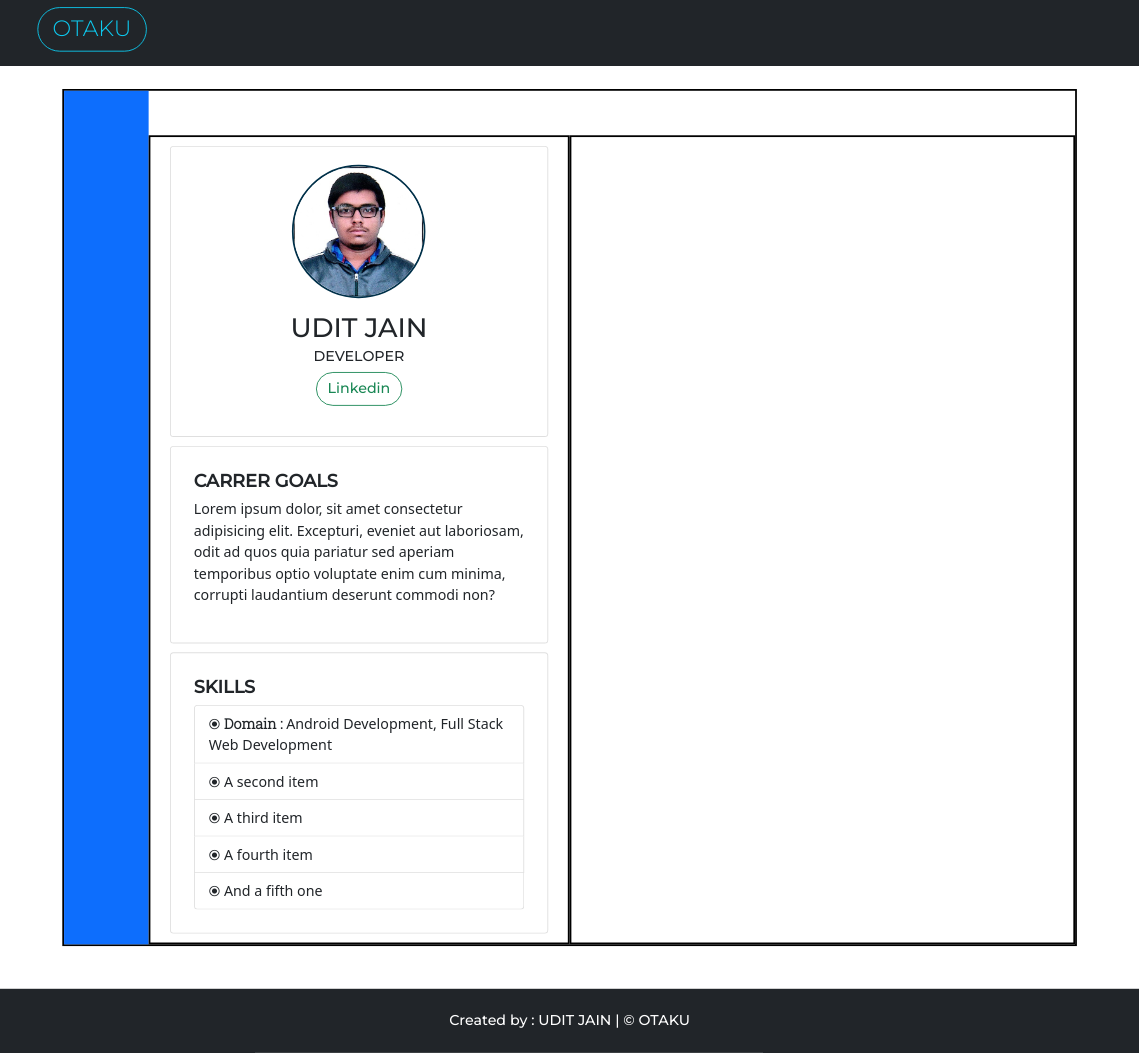
Repository: uditjain100/Responsive-Resume
Page: layouts/index.html
An editor plug-in stored every save of this project. The page is shown before and after the next save, followed by the edit.
The browser window is 1280 px wide. The pictures show the whole page, at 89% of full size.
Some web libraries are served in a nearby version.

Above is the page before, as saved 2021-03-01 14:21:46.

After the next save:
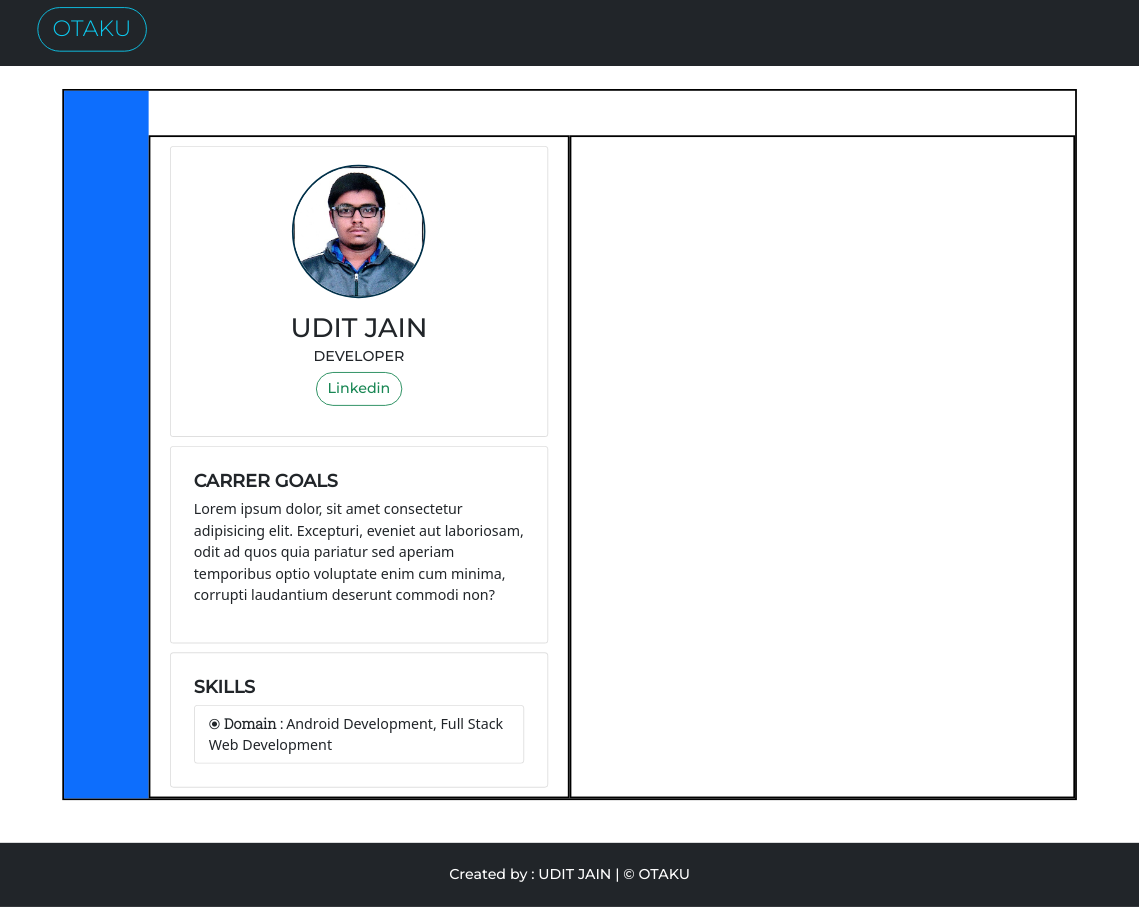
Saved 56 s later.
--- a/layouts/index.html
+++ b/layouts/index.html
@@ -94,16 +94,12 @@
               <h3 class="card-title">SKILLS</h3>
               <ul class="list-group">
                 <li class="list-group-item">
-                  <span>⦿ </span>
-                  <span id="que"> Domain : </span>
-                  <span id="ans"
+                  <span class="col-1">⦿ </span>
+                  <span class="col-4" id="que"> Domain : </span>
+                  <span class="col-7" id="ans"
                     >Android Development, Full Stack Web Development</span
                   >
                 </li>
-                <li class="list-group-item">⦿ A second item</li>
-                <li class="list-group-item">⦿ A third item</li>
-                <li class="list-group-item">⦿ A fourth item</li>
-                <li class="list-group-item">⦿ And a fifth one</li>
               </ul>
             </div>
           </div>
